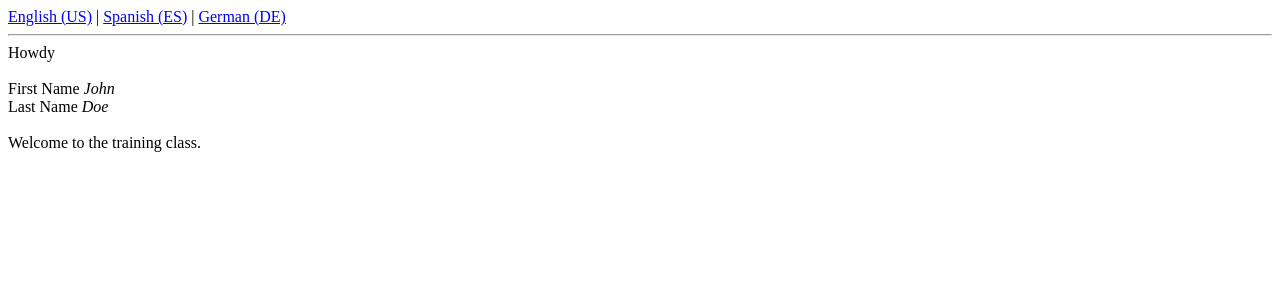
Repository: bpaudel2/jsp-and-servlets-demo
Page: http://localhost/tagDemo/i18n-messages-test.jsp
An editor plug-in stored every save of this project. The page is shown before and after the next save, followed by the edit.
The browser window is 1280 px wide. The pictures show the whole page.
The page is served by Tomcat 9.

Above is the page before, as saved 2019-05-27 17:37:46.

After the next save:
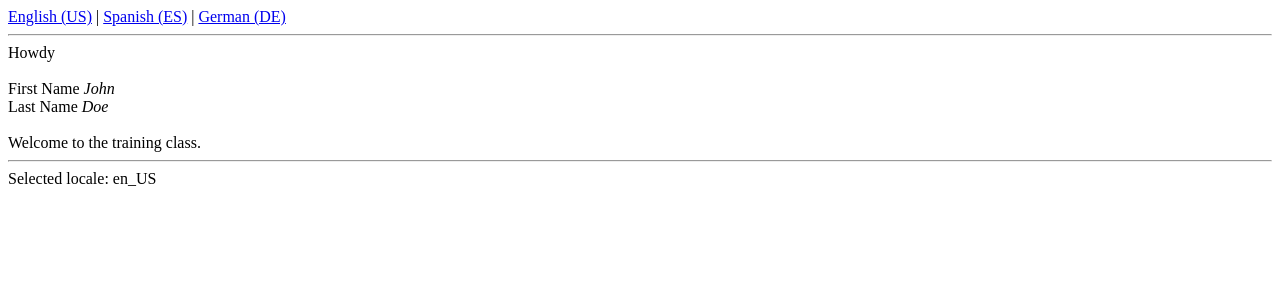
Saved 29 s later.
--- a/tagDemo/WebContent/i18n-messages-test.jsp
+++ b/tagDemo/WebContent/i18n-messages-test.jsp
@@ -19,7 +19,8 @@ scope="session" />
 <fmt:message key="label.firstname" /> <i>John</i><br/>
 <fmt:message key="label.lastname" /> <i>Doe</i><br/><br/>
 <fmt:message key="label.welcome" /><br/>
-
+<hr/>
+Selected locale: ${theLocale}
 
 </body>
 </html>
